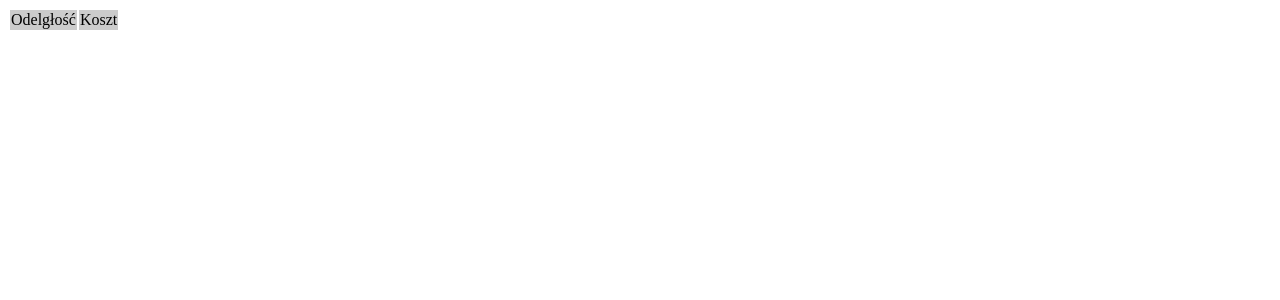
Repository: gabr/workspace
Page: http://localhost/
These files come from the project's save history. The page is drawn as it stood at one moment and after the next save; the edit follows.
The browser window is 1280 px wide. The pictures show the whole page.
The page is run by PHP 8.4 with error messages shown; the project is at /var/www/html/.

Above is the page before, as saved 2013-02-25 16:26:20.

After the next save:
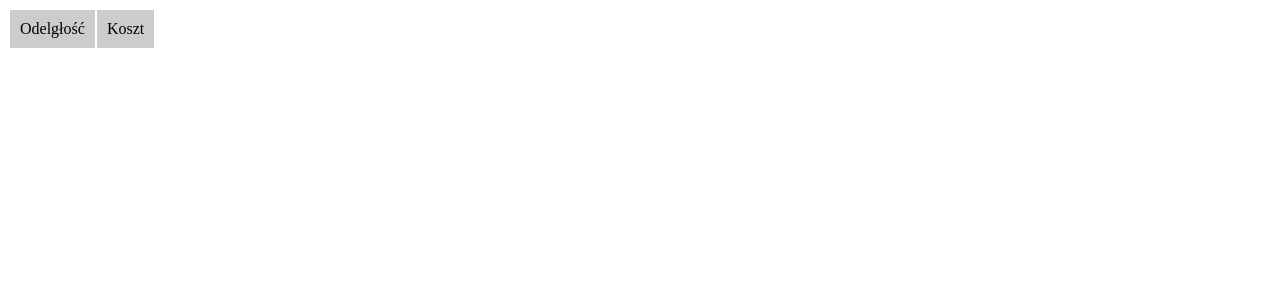
Saved 5 s later.
--- a/php 003 - petle/style.css
+++ b/php 003 - petle/style.css
@@ -9,5 +9,5 @@ tr:first-child {
 }
 
 td {
-  margin: 10px 10px 10px 10px;
+  padding: 10px 10px 10px 10px;
 }
